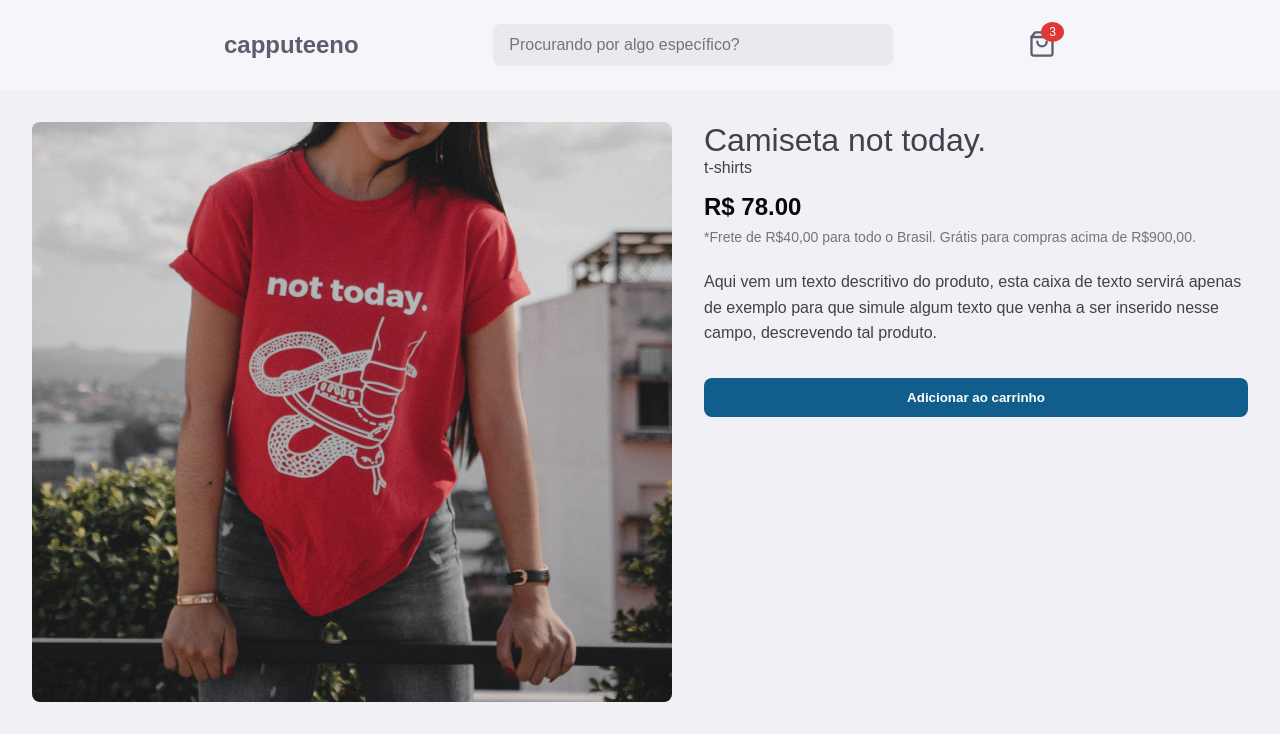
Repository: Biel-barbosa/capputeenoecomerce
Page: /product/1
The author's editor kept a copy of each file at every save. The page is drawn from the files as they stood at one save, then again after the next save.
The browser window is 1280 px wide. The pictures show the whole page.
The project was rebuilt for these pictures with package versions that can differ from the ones it lists, and the page was loaded fresh each time. The framework's server and built-in components were replaced by stand-ins that run in the browser. Also part of the build but not shown: next.config.ts.

Above is the page before, as saved 2025-04-23 13:02:05.

After the next save:
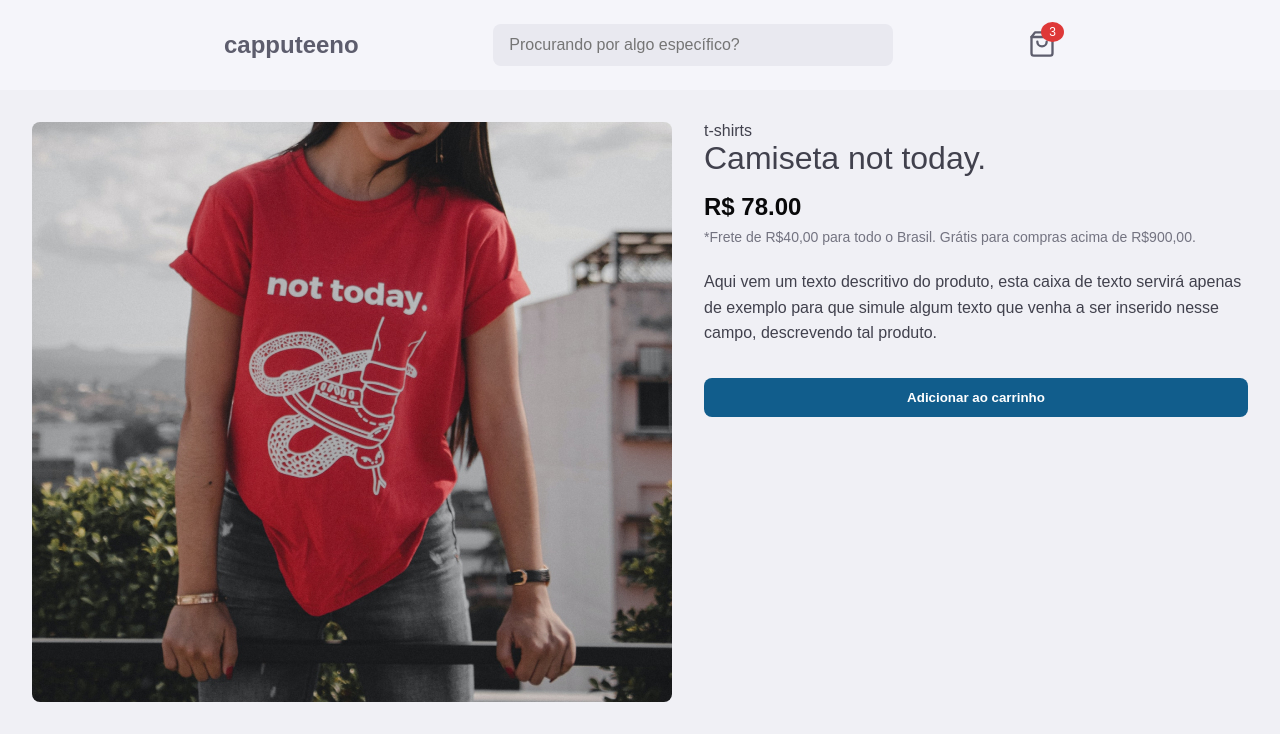
Saved 38 s later.
--- a/src/app/product/[id]/page.tsx
+++ b/src/app/product/[id]/page.tsx
@@ -101,8 +101,8 @@ export default function ProductDetailPage() {
             <Container>
                 <Image src={product.image} alt={product.title} />
                 <Info>
+                    <span>{product.category}</span>
                     <Title>{product.title}</Title>
-                    <span>{product.category}</span>
                     <Price>R$ {product.price.toFixed(2)}</Price>
                     <Freight>
                         *Frete de R$40,00 para todo o Brasil. Grátis para compras acima de R$900,00.
